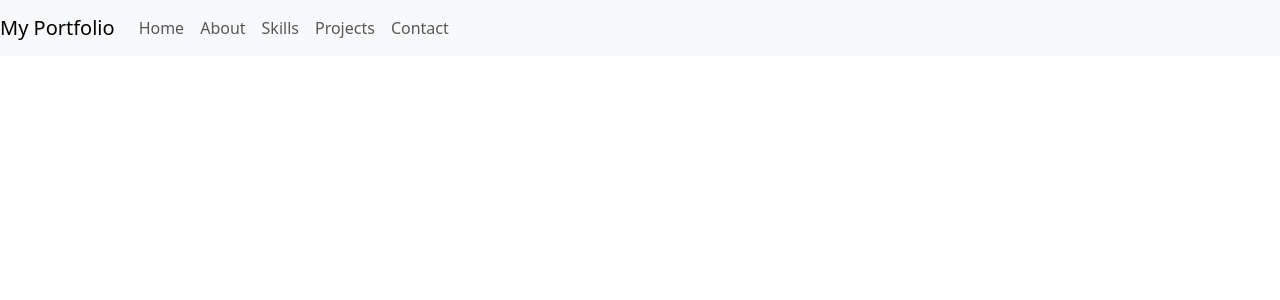
Repository: NalweMari/My-Personal-Portfolio
Page: index.html
These files come from the project's save history. The page is drawn as it stood at one moment and after a run of saves; the edit follows.
The browser window is 1280 px wide. The pictures show the whole page.

Above is the page before, as saved 2025-11-27 12:30:10.
Console error (its wording comes from the project's code and is left out).

### index.html
<!DOCTYPE html>
<html lang="en">

<head>
    <meta charset="UTF-8">
    <meta name="viewport" content="width=device-width, initial-scale=1.0">
    <title>My Portfolio</title>
    <link rel="stylesheet" href="style.css">
    <!-- Bootstrap CSS -->
    <link href="https://cdn.jsdelivr.net/npm/bootstrap@5.3.0/dist/css/bootstrap.min.css" rel="stylesheet">
    <!-- Font Awesome for icons -->
    <link rel="stylesheet" href="https://cdnjs.cloudflare.com/ajax/libs/font-awesome/6.4.0/css/all.min.css">

</head>

<body>
    <!-- Navigation -->


    <nav class="navbar navbar-expand-lg navbar-light bg-light pink">
        <div></div>
            <a class="navbar-brand" href="#">My Portfolio</a> <button
            class="navbar-toggler" type="button" data- 6 toggle="collapse" data-target="#navbarNav"
            aria-controls="navbarNav" aria-expanded="false" aria-label="Toggle navigation"> <span
                class="navbar-toggler-icon"></span> </button>

        <div class="collapse navbar-collapse" id="navbarNav">
            <ul class="navbar-nav">
                <a class="nav-link" href="#">Home</a>
                </li>
                <li class="nav-item">
                    <a class="nav-link" href="#">About</a>
                </li>
                <li class="nav-item">
                    <a class="nav-link" href="#">Skills</a>
                </li>
                <li class="nav-item">
                    <a class="nav-link" href="#">Projects</a>
                </li>
                <li class="nav-item">
                    <a class="nav-link" href="#">Contact</a>
                <li class="nav-item active">
            </ul>
        </div>
         </div>
    </nav>

    <script src="https://stackpath.bootstrapcdn.com/bootstrap/4.5.2/js/bootstrap.min.js"></script>
</body>

</html>

### Style.css
.hero-section {
  background: linear-gradient(rgba(0, 0, 0, 0.7), beige),
    url("https://via.placeholder.com/1500") center/cover no-repeat;
  color: white;
  padding: 150px 0;
}
.skill-bar {
  height: 20px;
  background-color: #e9ecef;
  border-radius: 5px;
  margin-bottom: 15px;
}
.skill-progress {
  height: 100%;
  border-radius: 5px;
  background-color: #0d6efd;
}
.project-card {
  transition: transform 0.3s;
}
.project-card:hover {
  transform: translateY(-5px);
}

After the next 2 saves:
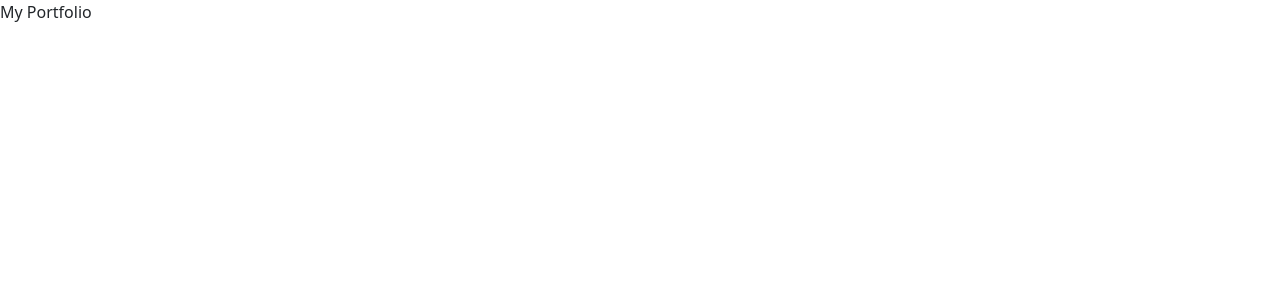
The 2 saves are shown as one change because they came seconds apart.
The last was saved 25 s later.
--- a/index.html
+++ b/index.html
@@ -17,8 +17,6 @@
     <!-- Navigation -->
 
 
-    <nav class="navbar navbar-expand-lg navbar-light bg-light pink">
-        <div></div>
             <a class="navbar-brand" href="#">My Portfolio</a> <button
             class="navbar-toggler" type="button" data- 6 toggle="collapse" data-target="#navbarNav"
             aria-controls="navbarNav" aria-expanded="false" aria-label="Toggle navigation"> <span

After the 2 saves that followed:
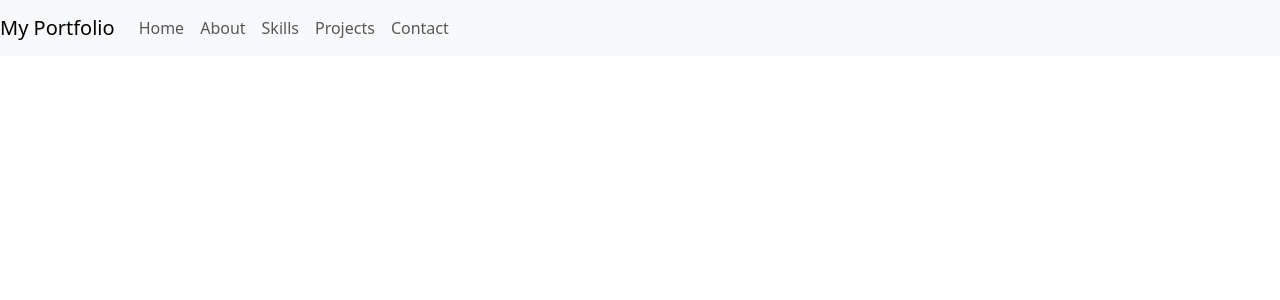
The 2 saves are shown as one change because they came seconds apart.
The last was saved 18 s later.
--- a/index.html
+++ b/index.html
@@ -17,6 +17,8 @@
     <!-- Navigation -->
 
 
+    <nav class="navbar navbar-expand-lg navbar-light bg-light pink">
+        <div></div>
             <a class="navbar-brand" href="#">My Portfolio</a> <button
             class="navbar-toggler" type="button" data- 6 toggle="collapse" data-target="#navbarNav"
             aria-controls="navbarNav" aria-expanded="false" aria-label="Toggle navigation"> <span
